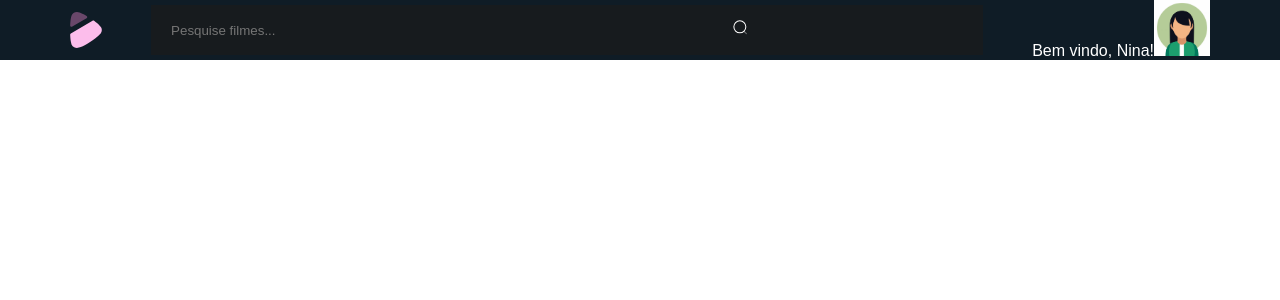
Repository: MilenaMelo/Cubos-Flix
Page: / (app in cubos-flix/)
An editor plug-in stored every save of this project. The page is shown before and after the next save, followed by the edit.
The browser window is 1280 px wide. The pictures show the whole page.
The project was rebuilt for these pictures with package versions that can differ from the ones it lists, and the page was loaded fresh each time.

Above is the page before, as saved 2021-06-19 13:07:12.

After the next save:
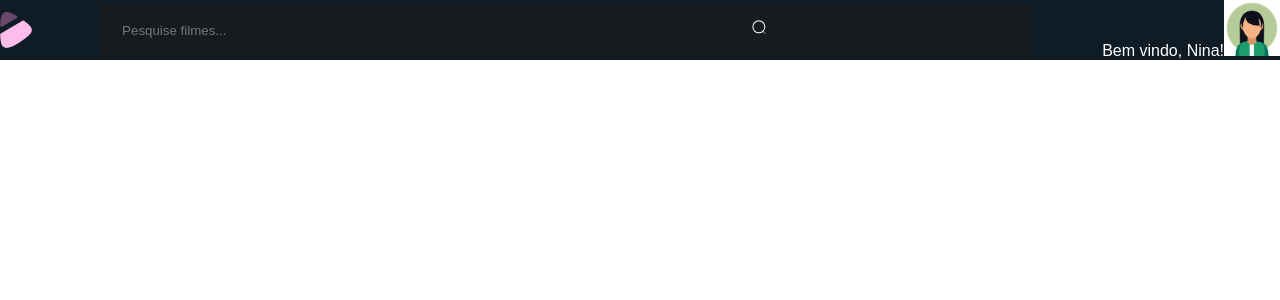
Saved 20 s later.
--- a/cubos-flix/src/components/Navbar/style.css
+++ b/cubos-flix/src/components/Navbar/style.css
@@ -2,7 +2,6 @@
     display: flex;
     align-items: center;
     justify-content: space-between;
-    padding: 0px 70px;
     background-color: #0f1c26;
 }
 

After the save that followed:
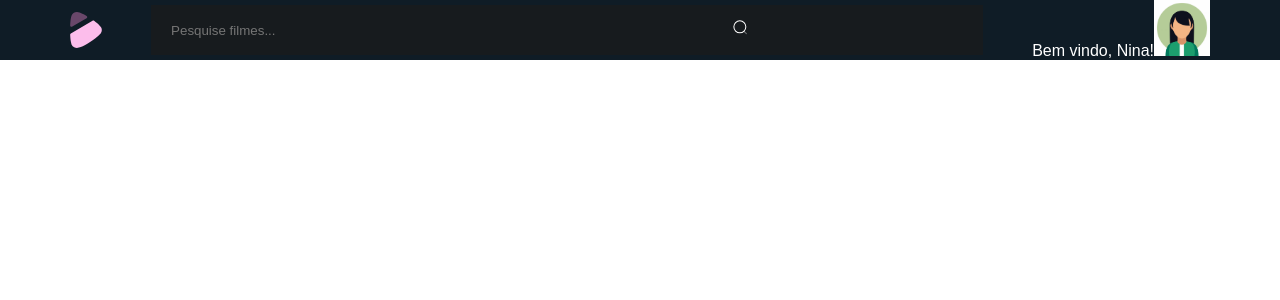
Saved 8 s later.
--- a/cubos-flix/src/components/Navbar/style.css
+++ b/cubos-flix/src/components/Navbar/style.css
@@ -2,6 +2,7 @@
     display: flex;
     align-items: center;
     justify-content: space-between;
+    padding: 0px 70px;
     background-color: #0f1c26;
 }
 
